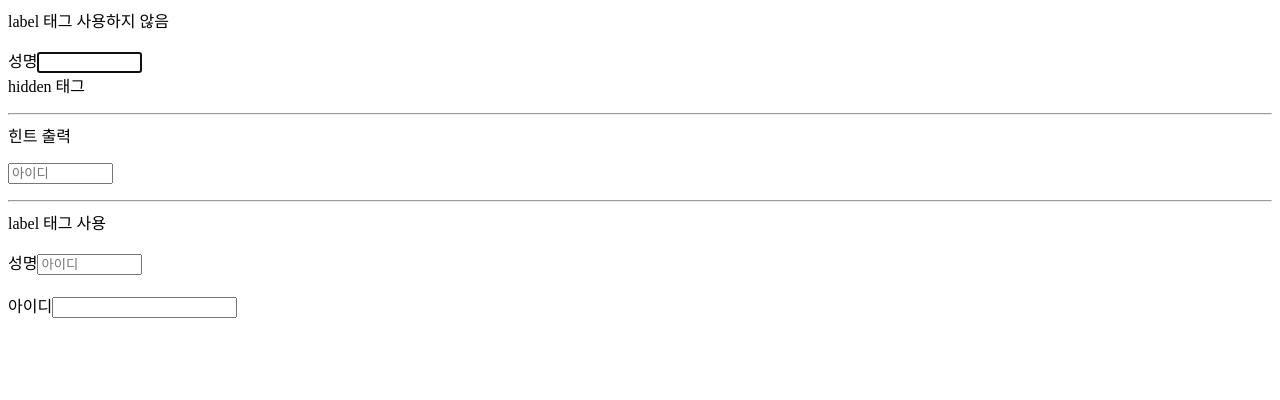
Repository: roditee/Frontend_ex
Page: HTML01/src/main/webapp/form.html
The author's editor kept a copy of each file at every save. The page is drawn from the files as they stood at one save, then again after the next save.
The browser window is 1280 px wide. The pictures show the whole page.

Above is the page before, as saved 2021-12-02 07:45:30.

### HTML01/src/main/webapp/form.html
<!DOCTYPE html>
<html>
	<head>
		<meta charset="UTF-8">
		<title>입력 양식 태그 : form 태그</title>
	</head>
	<body>
		<form method="post" action="newMember.jsp">
			label 태그 사용하지 않음<p>
			성명<input type="text" id="name" name="name" size="10" autofocus><br>

			hidden 태그
			<input type="text" id="prdNo" hidden>
			<hr>

			힌트 출력<p>
			<input type="text" name="id" size="10" placeholder="아이디"><br>
			<hr>

			label 태그 사용<p>
			<label>성명<input type="text" name="name2" size="10" placeholder="아이디"></label><br><br>
			<label>아이디<input type="id" name="name2" maxlength="8"></label><br><br>
		</form>
	</body>
</html>

After the next save:
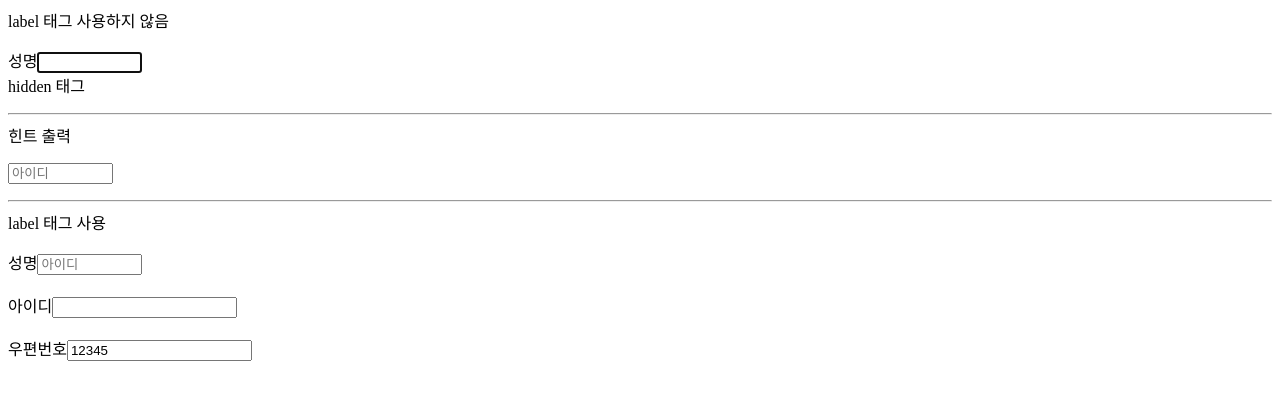
Saved 88 s later.
--- a/HTML01/src/main/webapp/form.html
+++ b/HTML01/src/main/webapp/form.html
@@ -20,6 +20,7 @@
 			label 태그 사용<p>
 			<label>성명<input type="text" name="name2" size="10" placeholder="아이디"></label><br><br>
 			<label>아이디<input type="id" name="name2" maxlength="8"></label><br><br>
+			<label>우편번호<input type="text" name="zipcode" value="12345"></label><br><br>
 		</form>
 	</body>
 </html>
